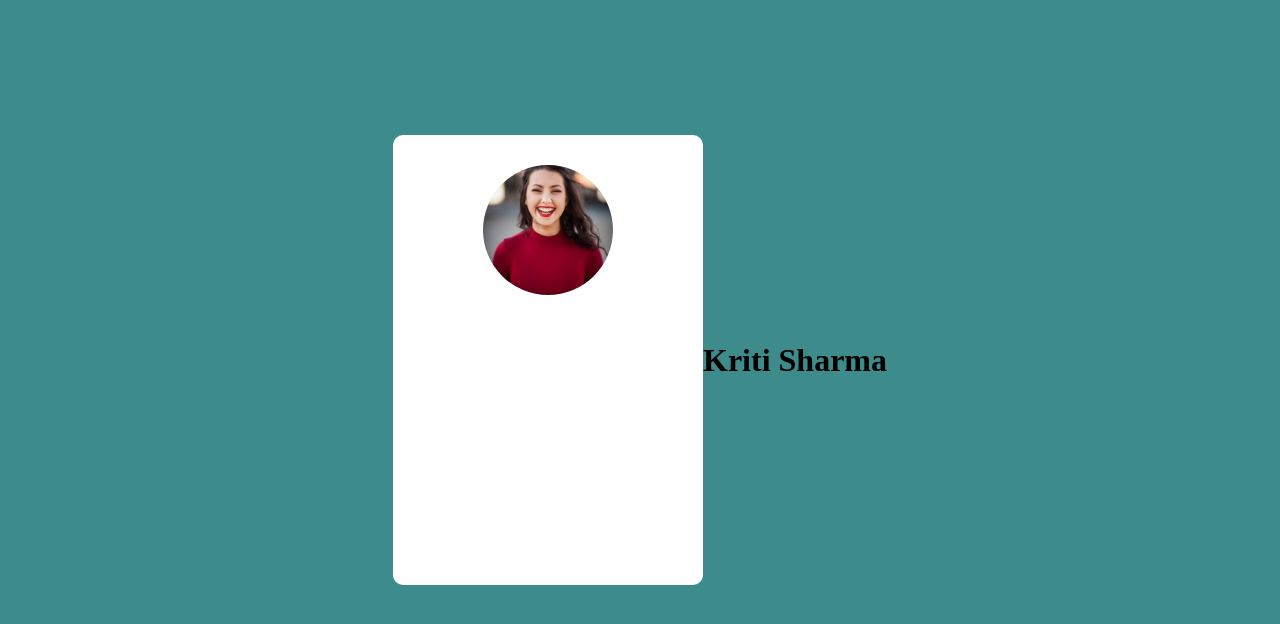
Repository: kiranjeetkaur01/instarequest.github.io
Page: index.html
The author's editor kept a copy of each file at every save. The page is drawn from the files as they stood at one save, then again after the next save.
The browser window is 1280 px wide. The pictures show the whole page.

Above is the page before, as saved 2023-09-12 19:37:07.

### index.html
<!DOCTYPE html>
<html lang="en">
<head>
    <meta charset="UTF-8">
    <meta name="viewport" content="width=device-width, initial-scale=1.0">
    <title>Insta Request Feature</title>
    <link rel="stylesheet" href="style.css">
</head>
<body>
    <div id="main">
        <div id="card">
            <img src="./photo-1494790108377-be9c29b29330.avif" alt="">
        </div>
        <h1>Kriti Sharma</h1>
    </div>

    <script src="script.js"></script>
</body>
</html>

### style.css
*{
    margin: 0;
    padding: 0;
    box-sizing: border-box;
}
html,body{
    height: 100%;
    width: 100%;
}
#main{
    height: 100%;
    width: 100%;
    background-color: rgb(62, 139, 139);
    display: flex;
    align-items: center;
    justify-content: center;
}
#card{
    height: 450px;
    width: 310px;
    background-color: #fff;
    border-radius: 10px;
    padding: 30px;
    text-align: center;
}
#card img{
    height: 130px;
    width: 130px;
    object-fit: cover;
    border-radius: 50%;
}
h1{
    font
}

Loaded but not shown: script.js (no copy from this time; the picture is the same without it)

After the next save:
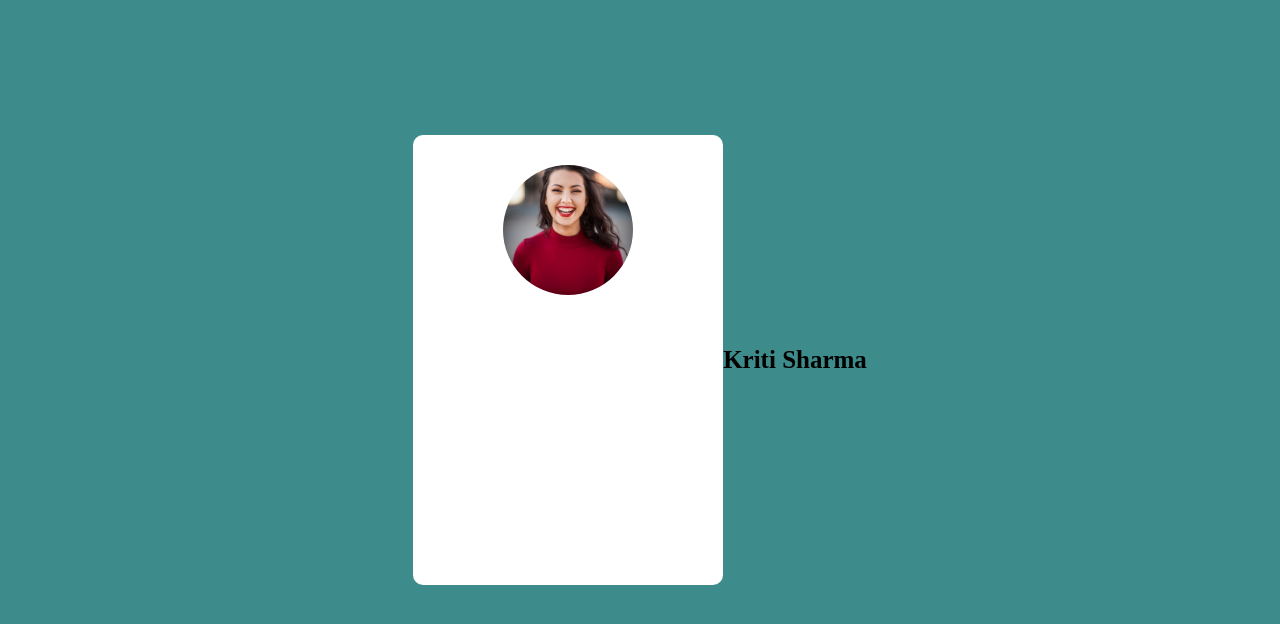
Saved 4 s later.
--- a/style.css
+++ b/style.css
@@ -30,5 +30,5 @@
     border-radius: 50%;
 }
 h1{
-    font
+    font-size: 25px;
 }
